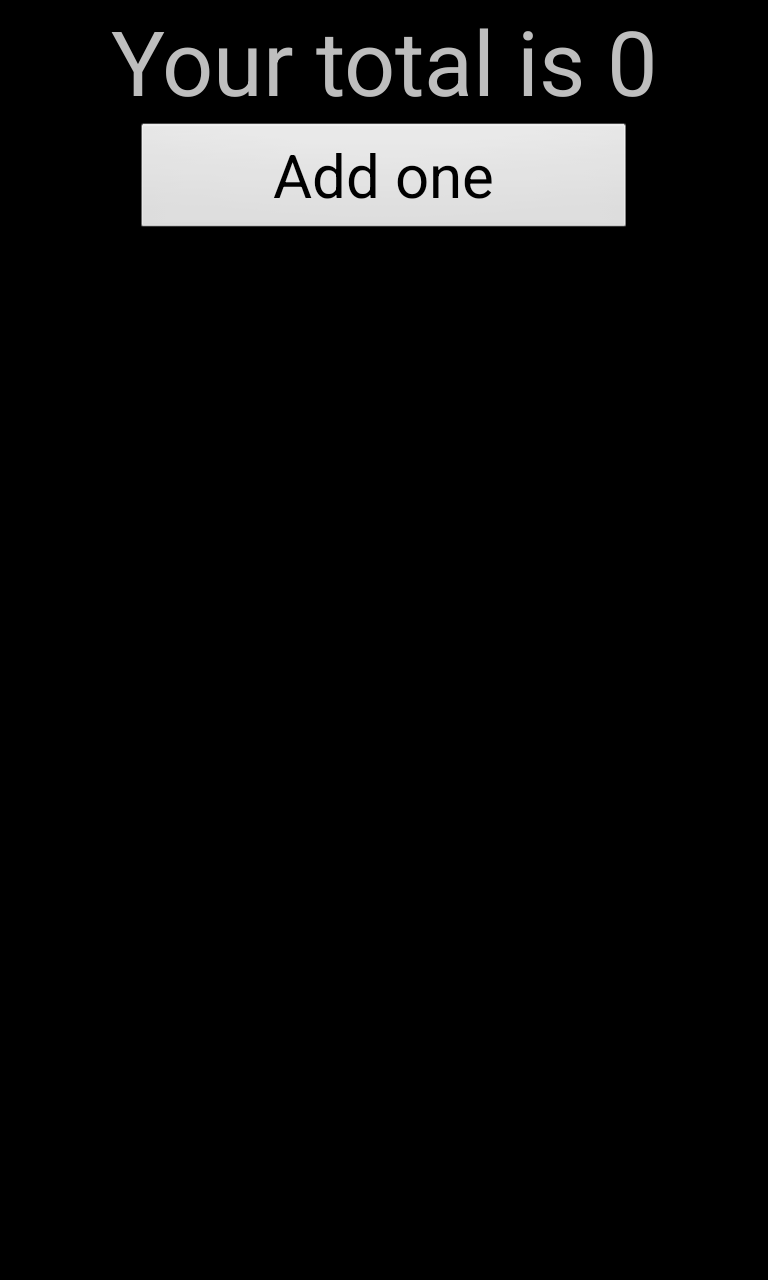
Repository: lcbasu/android
Layout: adt/TheNewBoston/res/layout/activity_starting_point.xml
An editor plug-in stored every save of this project. The layout is shown before and after the next save, followed by the edit.
It is drawn on a 768 x 1280 px phone screen (xhdpi) without system bars, with theme android:Theme; the app's code is not run.

Above is the layout before, as saved 2014-05-18 04:29:46.

After the next save:
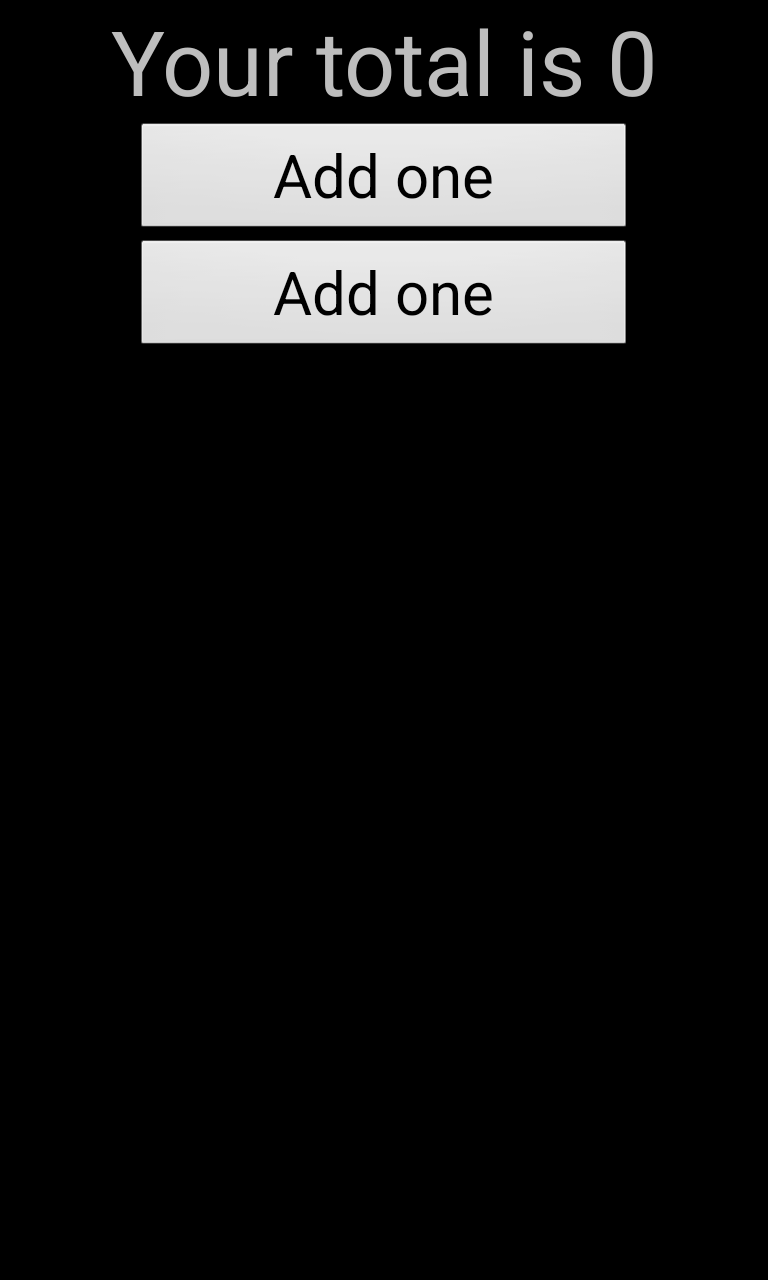
Saved 14 s later.
--- a/adt/TheNewBoston/res/layout/activity_starting_point.xml
+++ b/adt/TheNewBoston/res/layout/activity_starting_point.xml
@@ -7,15 +7,23 @@
     <TextView
         android:layout_width="fill_parent"
         android:layout_height="wrap_content"
+        android:layout_gravity="center"
+        android:gravity="center"
         android:text="Your total is 0"
-        android:textSize="45sp"
-        android:layout_gravity="center"
-        android:gravity="center" />
+        android:textSize="45sp" />
+
     <Button
         android:layout_width="250dp"
         android:layout_height="wrap_content"
+        android:layout_gravity="center"
         android:text="Add one"
+        android:textSize="30dp" />
+
+    <Button
+        android:layout_width="250dp"
+        android:layout_height="wrap_content"
         android:layout_gravity="center"
+        android:text="Add one"
         android:textSize="30dp" />
 
 </LinearLayout>
